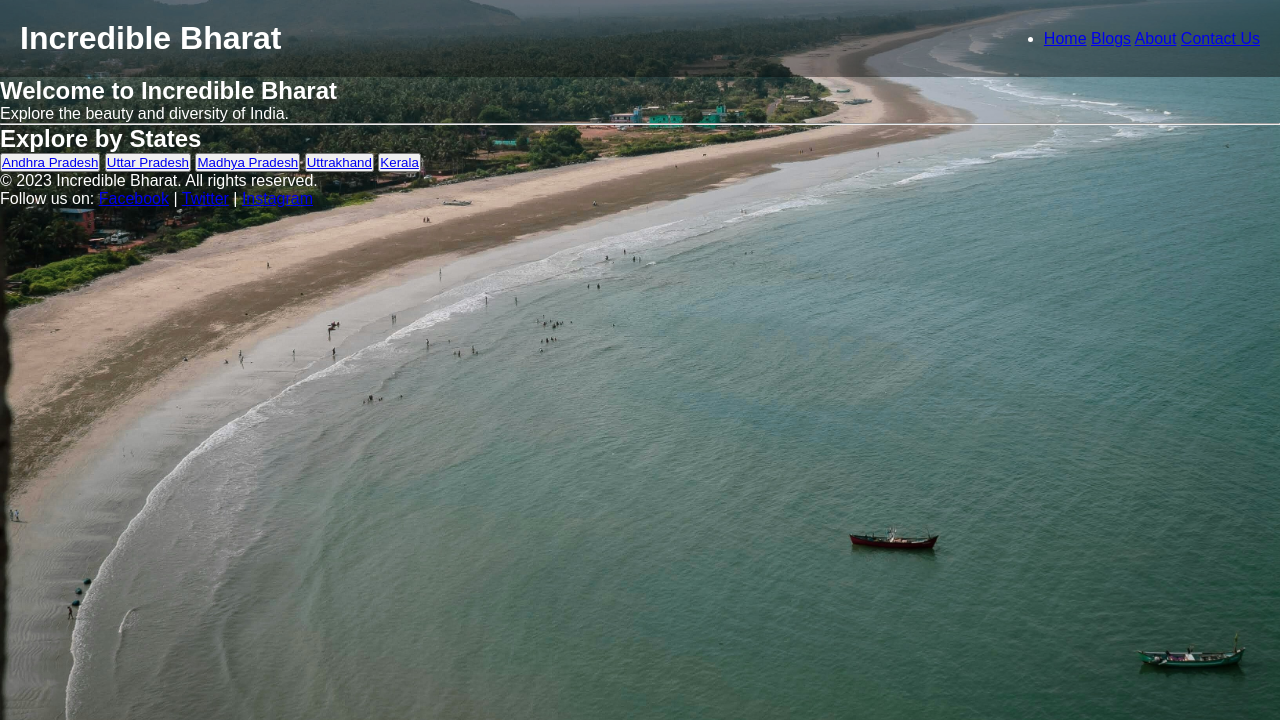
Repository: jaidhiman111/incrediblebharat
Page: index.html
An editor plug-in stored every save of this project. The page is shown before and after the next save, followed by the edit.
The browser window is 1280 px wide. The pictures show the whole page.

Above is the page before, as saved 2025-04-30 21:31:28.

### index.html
<!DOCTYPE html>
<html lang="en">
<head>
    <meta charset="UTF-8">
    <link rel="stylesheet" href="/assets/style.css">
    <meta name="viewport" content="width=device-width, initial-scale=1.0">
    <title>Document</title>
</head>
<body>
    <!-- This is the header of the page. -->
    <header class="header">
        <div class="logo">
            <h1>Incredible Bharat</h1>
        </div>
        <div class="nav">
            <nav>
                <ul>
                    <li>
                        <a href="#">Home</a>
                        <a href="#">Blogs</a>
                        <a href="#">About</a>
                        <a href="#">Contact Us</a>
                    </li>
                </ul>
            </nav>
        </div>
    </header>
    <!-- This is the main content of the page. -->
     <main class="main-container">
        <section class="hero-section">
            <h2>Welcome to Incredible Bharat</h2>
            <p>Explore the beauty and diversity of India.</p>
        </section>
        <hr>
        <section class="state-section">
            <h2>Explore by States</h2>
            <button type="button"><a href="#">Andhra Pradesh</a></button>
            <button type="button"><a href="#">Uttar Pradesh</a></button>
            <button type="button"><a href="#">Madhya Pradesh</a></button>
            <button type="button"><a href="#">Uttrakhand</a></button>
            <button type="button"><a href="#">Kerala</a></button>
        </section>
     </main>
     <!-- This is the footer of the page. -->
      <footer class="footer">
        <div>
            <p>&copy; 2023 Incredible Bharat. All rights reserved.</p>
            <p>Follow us on:
                <a href="#">Facebook</a> |
                <a href="#">Twitter</a> |
                <a href="#">Instagram</a>
        </div>
      </footer>
</body>
</html>

### assets/style.css
* {
    box-sizing: border-box;
    margin: 0;
    padding: 0;
}

body {
    font-family: Arial, sans-serif;
    background-image: url('/media/bg-cover.jpg');
    background-size: cover;
    background-repeat: no-repeat;
    background-position: center;
    color: #fff;
}

.header {
    background-color: rgba(0, 0, 0, 0.4);
    display: flex;
    justify-content: space-between;
    align-items: center;
    padding: 20px;
    text-align: center;
}

After the next save:
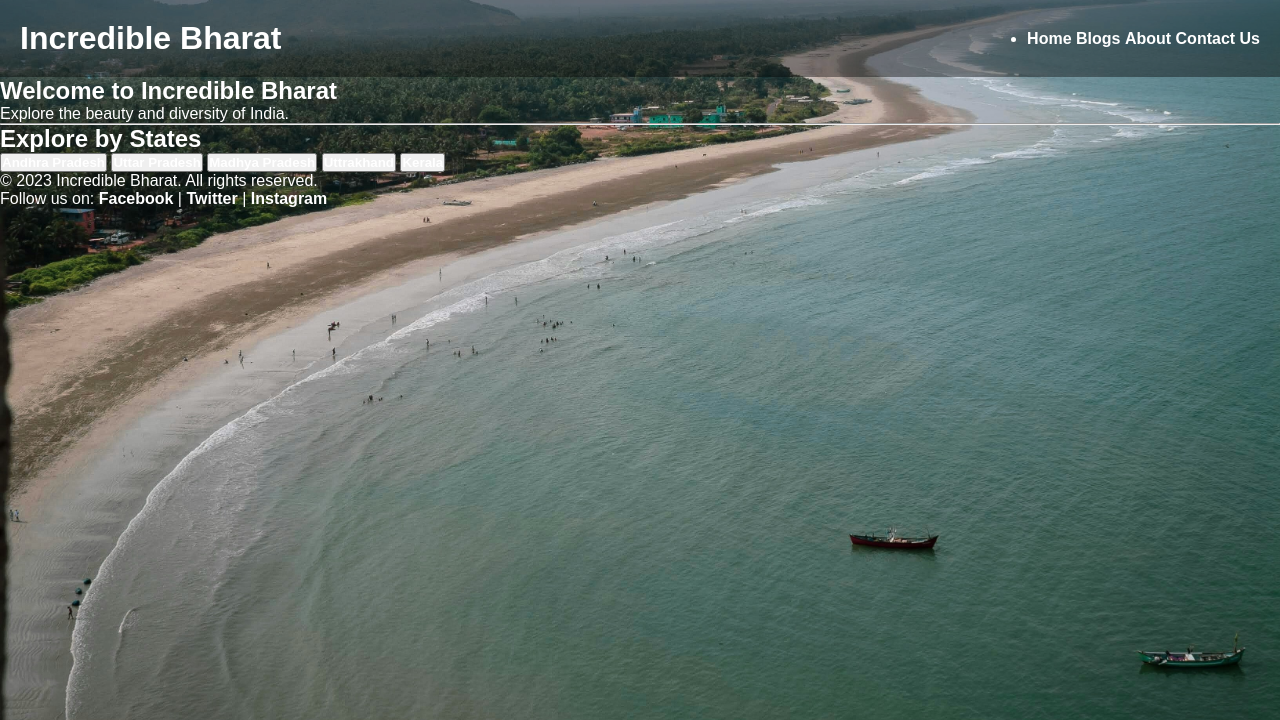
Saved 20 min 15 s later.
--- a/assets/style.css
+++ b/assets/style.css
@@ -21,3 +21,9 @@ body {
     padding: 20px;
     text-align: center;
 }
+
+a {
+    text-decoration: none;
+    color: #fff;
+    font-weight: bold;
+}
